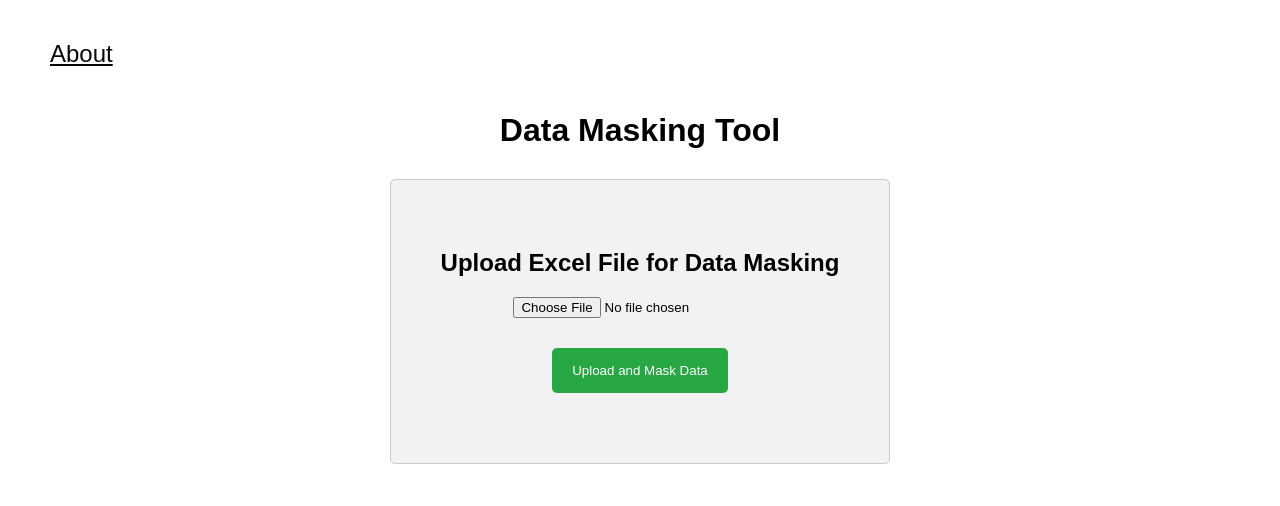
Repository: prithika12/DataMasking_Tool
Page: index.html
An editor plug-in stored every save of this project. The page is shown before and after the next save, followed by the edit.
The browser window is 1280 px wide. The pictures show the whole page.

Above is the page before, as saved 2024-07-09 11:55:33.

After the next save:
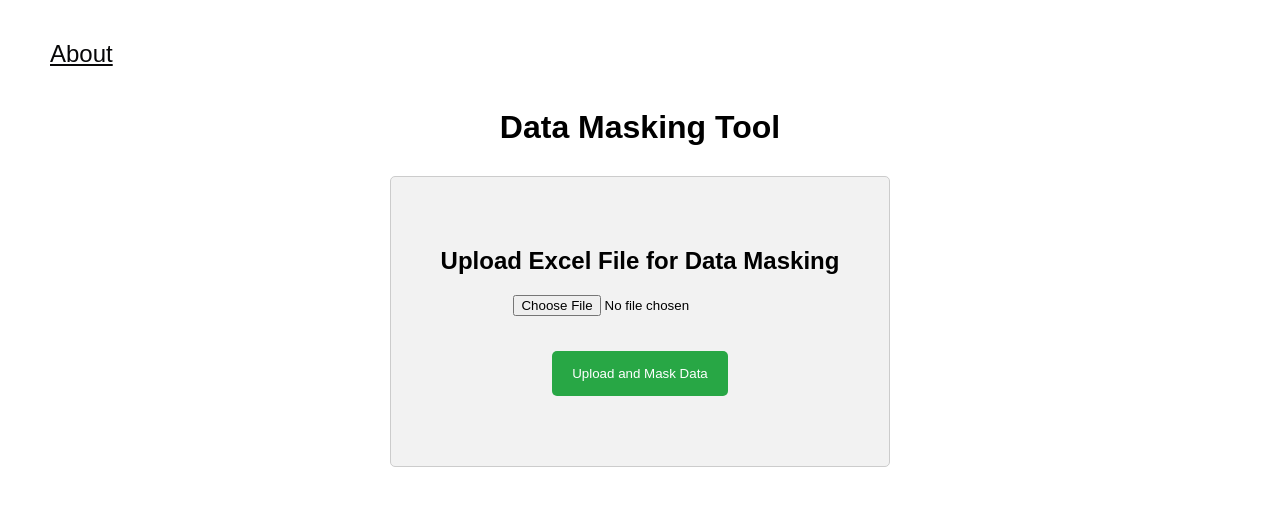
Saved 6 s later.
--- a/index.html
+++ b/index.html
@@ -36,7 +36,7 @@
         button {
             display: block;
             margin: 20px auto;
-            margin-top: 30px;
+            margin-top: 35px;
             padding: 15px 20px;
             background-color: #28a745;
             color: white;
